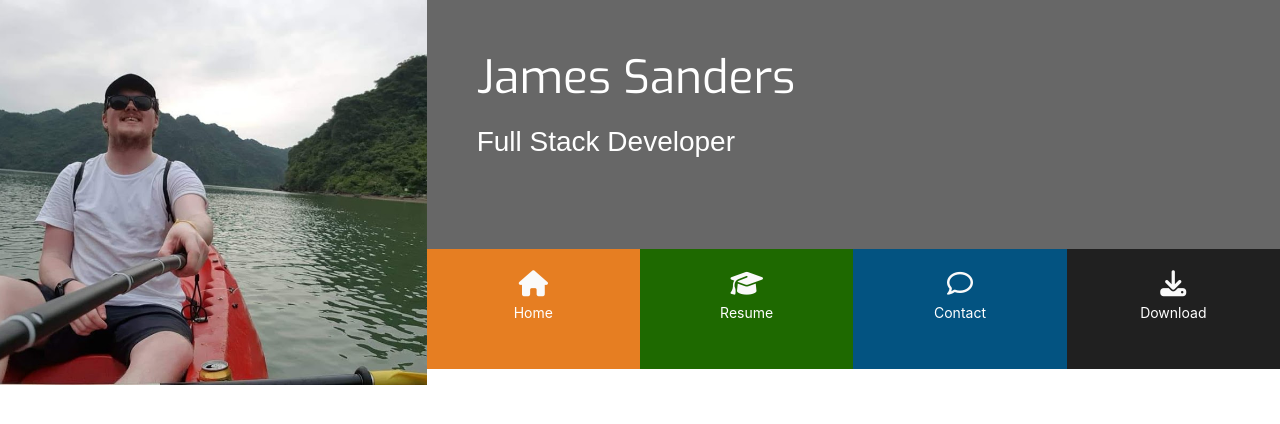
Repository: JaySanders95/my-online-resume
Page: index.html
The author's editor kept a copy of each file at every save. The page is drawn from the files as they stood at one save, then again after the next save.
The browser window is 1280 px wide. The pictures show the whole page.
Some web fonts or font styles are not loaded; a fallback is used. Some web libraries are served in a nearby version.

Above is the page before, as saved 2023-04-19 15:54:32.

### index.html
<!DOCTYPE html>
<html lang="en">
<head>
    <meta charset="UTF-8">
    <meta http-equiv="X-UA-Compatible" content="IE=edge">
    <meta name="viewport" content="width=device-width, initial-scale=1.0">
    <link rel="stylesheet" href="https://cdn.jsdelivr.net/npm/@fortawesome/fontawesome-free@6.2.1/css/fontawesome.min.css" integrity="sha384-QYIZto+st3yW+o8+5OHfT6S482Zsvz2WfOzpFSXMF9zqeLcFV0/wlZpMtyFcZALm" crossorigin="anonymous">
    <link rel="stylesheet" href="https://cdn.jsdelivr.net/npm/bootstrap@4.6.2/dist/css/bootstrap.min.css" integrity="sha384-xOolHFLEh07PJGoPkLv1IbcEPTNtaed2xpHsD9ESMhqIYd0nLMwNLD69Npy4HI+N" crossorigin="anonymous">
    <link rel="stylesheet" href="assets/css/style.css">
    <title>James Sanders' Resume</title>
</head>
<body>
    <header>
        <div class="row no-gutters">
            <a href="index.html" class="col-md-4 logo">

            </a>
            <div class="col-md-8">
                <div class="row bg-color-name-title no-gutters">
                    <div class="col heading">
                        <h1 class="name">James Sanders</h1>
                        <h2 class="title">Full Stack Developer</h2>

                    </div>
                </div>
                <div class="row no-gutters">
                    <div class="col">
                        <ul id="nav" class="list-inline menucontainer">
                            <li class="col-6 col-sm-3 ui-menu-color-home list-inline-item menuitem">
                                <a href="#"><i class="fa fa-home" aria-hidden="true"></i><span>Home</span></a>
                            </li>
                            <li class="col-6 col-sm-3 ui-menu-color-resume list-inline-item menuitem">
                                <a href="#"><i class="fa fa-graduation-cap" aria-hidden="true"></i><span>Resume</span></a>
                            </li>
                            <li class="col-6 col-sm-3 ui-menu-color-contact list-inline-item menuitem">
                                <a href="#"><i class="fa fa-comment-o" aria-hidden="true"></i><span>Contact</span></a>
                            </li>
                            <li class="col-6 col-sm-3 ui-menu-color-download list-inline-item menuitem">
                                <a href="#"><i class="fa fa-download" aria-hidden="true"></i><span>Download</span></a>
                            </li>
                        </ul>
                    </div>
                </div>
            </div>
        </div>
    </header>
    <section>

    </section>
    <footer>

    </footer>
    <script src="https://kit.fontawesome.com/c80cd6a143.js" crossorigin="anonymous"></script>
</body>
</html>

### assets/css/style.css
@import url('https://fonts.googleapis.com/css2?family=Anuphan:100,200,300,400,500,600,700wght@300&family=Exo:100,200,300,400,500,600,700ital,wght@1,300&display=swap');
.bg-color-name-title {
    background-color:#676767;
}


.ui-menu-color-home {
    background-color: #e67e22;
}

.ui-menu-color-resume {
    background-color: #1e6900;
}

.ui-menu-color-contact {
    background-color: #035381;
}

.ui-menu-color-download {
    background-color: #202020;
}

header {
    margin: 0;
}

.heading {
    margin-left: 50px;
}

.logo {
    background: url(../images/me.png);
    background-position: center;
    background-repeat: no-repeat;
    background-size: cover;
    min-height: 360px;
    transition: all .5s ease-in-out;
    -moz-transition: all .5s ease-in-out;
    -webkit-transition: all .5s ease-in-out;
}

.name {
    font-family: 'Exo', sans-serif;
    font-weight: 100;
    font-size: 46px;
    margin-top: 50px;
    color: #fff;
}

.title {
    font-family: 'Anuphan', sans-serif;
    font-weight: 200;
    font-size: 28px;
    margin-top: 20px;
    margin-bottom: 90px;
    color: #fff;
}

.list-inline-item:not(:last-child) {
    margin: 0;
}

.menucontainer {
    font-size: 0;
}

#nav li {
    font-size: 14px;
    padding: 0;
}

.menuitem {
    height: 120px;
    text-align: center;
    padding: 0;

}

.menuitem a {
    width: 100%;
    text-decoration: none;
    color: #fff;
    height: 120px;
}

.menuitem a i {
    display: block;
    padding-top: 22px;
    color: #fafafa;
    font-size: 26px;
}

.menuitem span {
    display: block;
    width: 100%;
    padding-top: 5px;
}

After the next save:
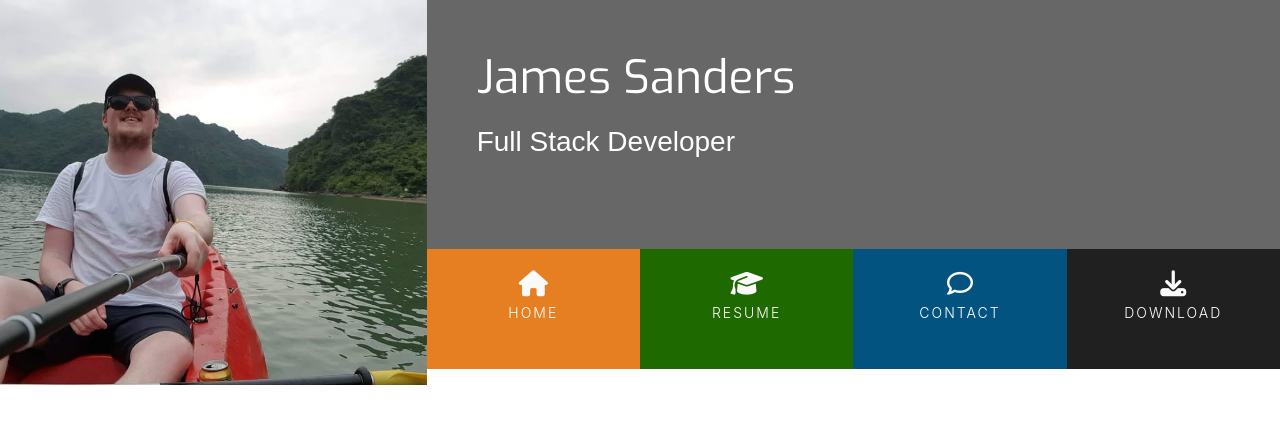
Saved 37 s later.
--- a/assets/css/style.css
+++ b/assets/css/style.css
@@ -94,4 +94,9 @@
     display: block;
     width: 100%;
     padding-top: 5px;
+    text-align: center;
+    text-transform: uppercase;
+    font-size: 14px;
+    font-weight: 300;
+    letter-spacing: 2px;
 }
